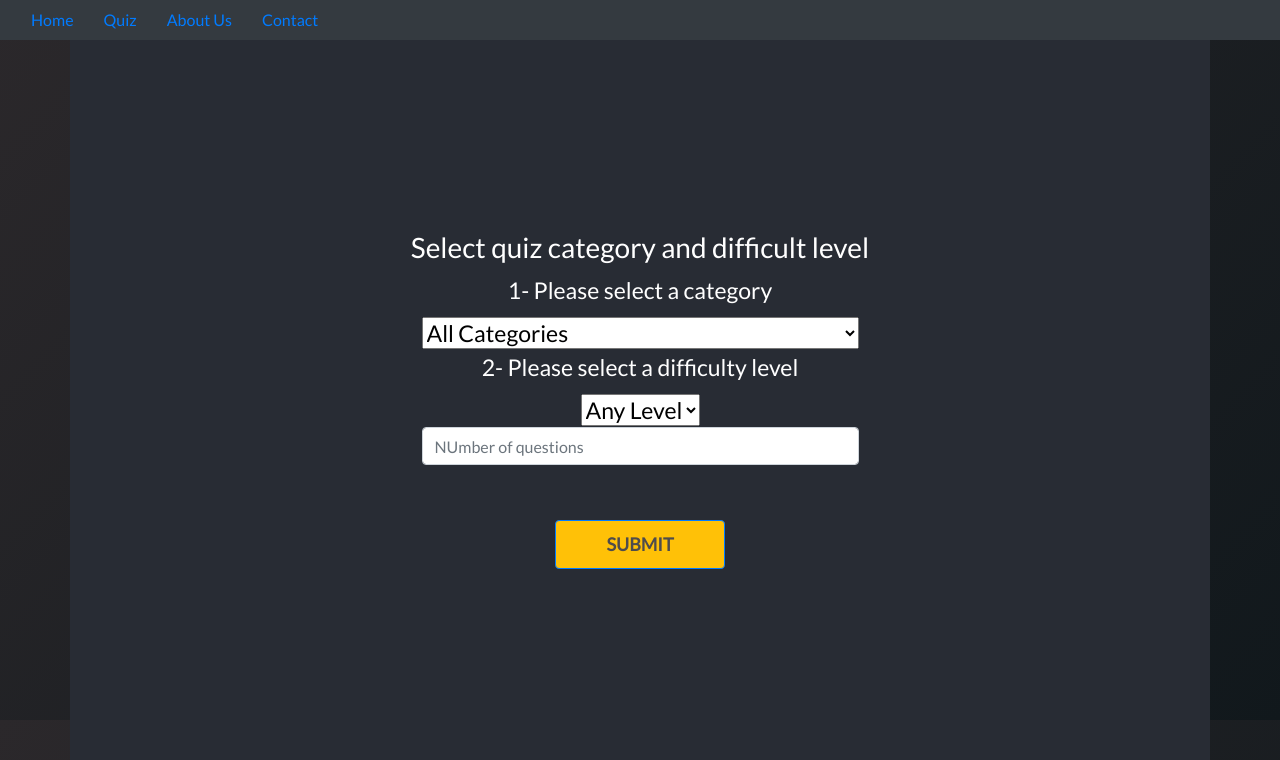
Repository: oba14/quiz-react
Page: /quizform
An editor plug-in stored every save of this project. The page is shown before and after the next save, followed by the edit.
The browser window is 1280 px wide. The pictures show the whole page.
The project was rebuilt for these pictures with package versions that can differ from the ones it lists, and the page was loaded fresh each time. Also part of the build but not shown: src/components/pages/forms.css, src/components/pages/LandingPage.js, src/components/pages/NotFound.js, src/components/pages/Contact.js, src/components/pages/AboutUs.js, src/components/layout/Progress.js, src/components/layout/Question.js, src/components/layout/Answer.js and 3 more.

Above is the page before, as saved 2020-01-31 22:35:59.

After the next save:
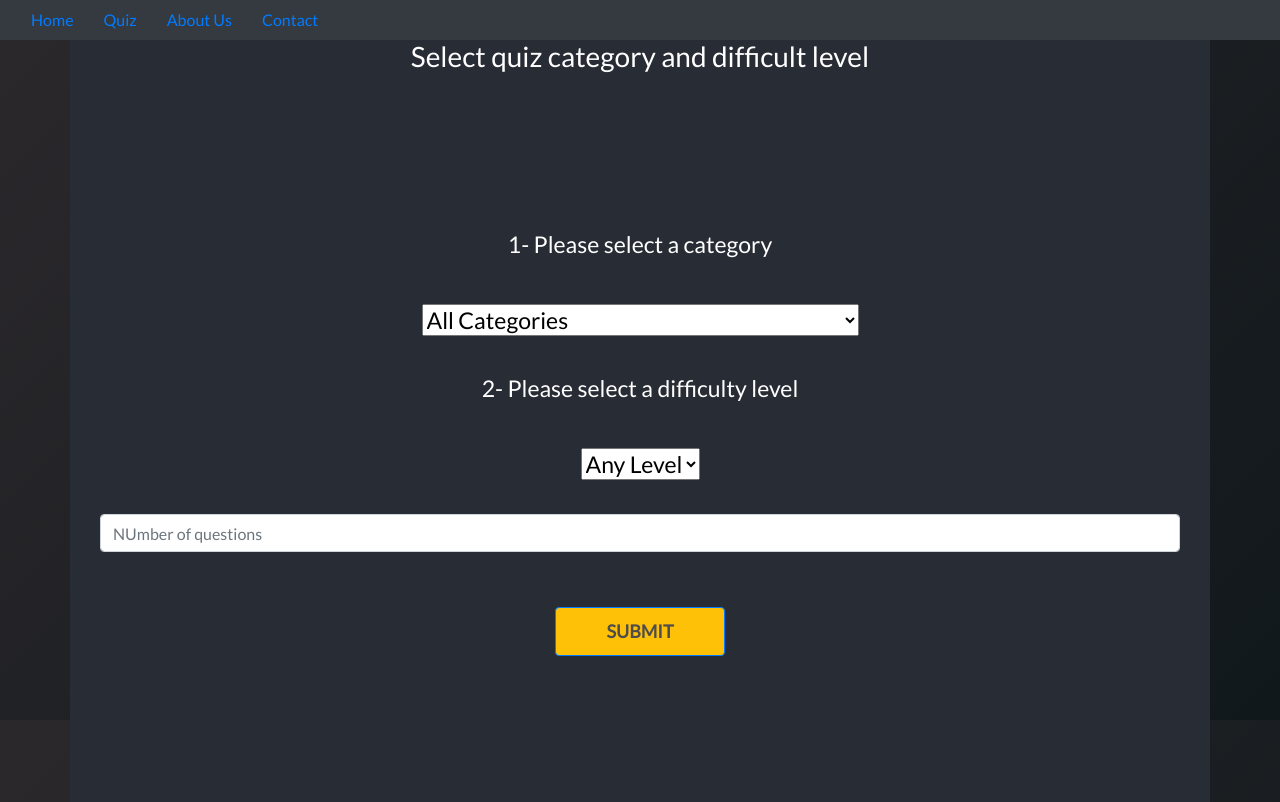
Saved 2 min 40 s later.
--- a/src/components/pages/QuizForm.js
+++ b/src/components/pages/QuizForm.js
@@ -52,7 +52,7 @@
         <div className= "container">
 
                 <h3>Select quiz category and difficult level</h3>
-                <form  onSubmit={handleSubmit(onSubmit)} id= {'myForm'} name= {'myForm'} encType='multipart/form-data'>
+                <form className= "container" onSubmit={handleSubmit(onSubmit)} id= {'myForm'} name= {'myForm'} encType='multipart/form-data'>
                     <label>1- Please select a category</label> <br></br>
                     <select id={'categories'} name="category" ref={register({ required: true })}>
                     </select> <br></br>

After the 2 saves that followed:
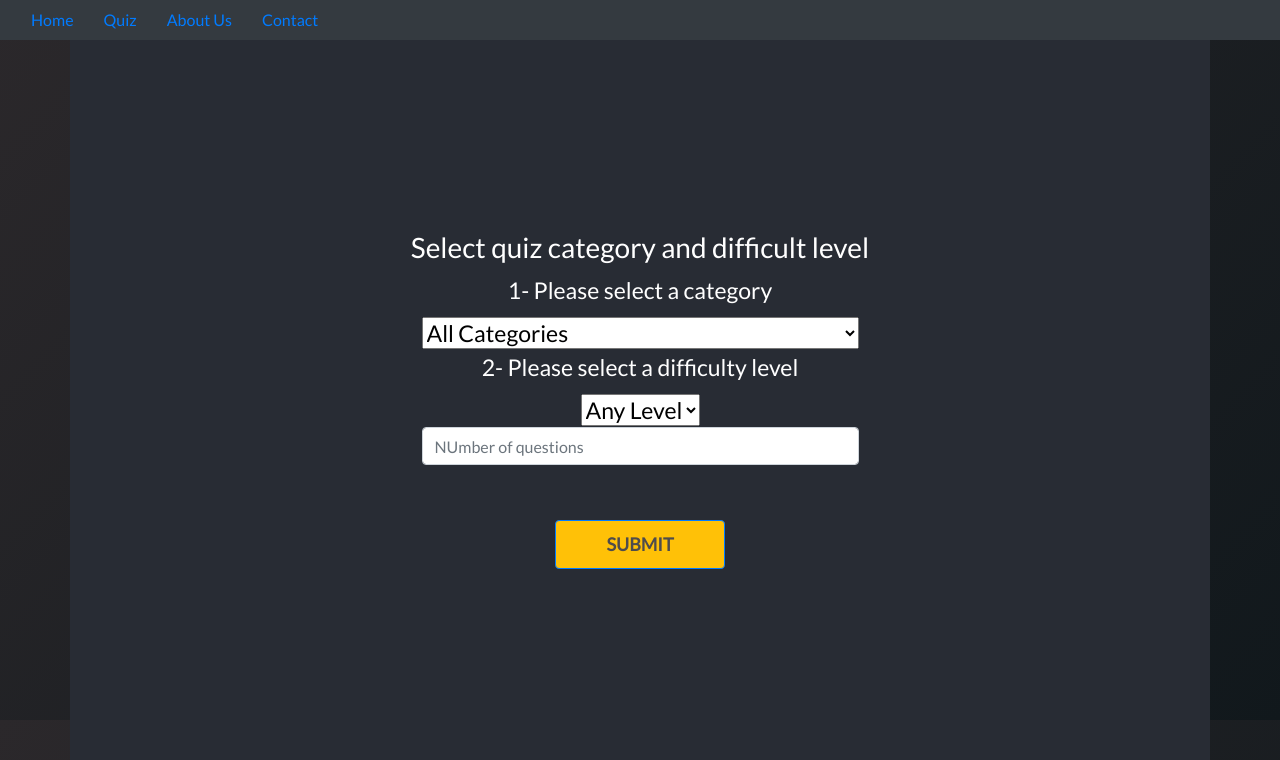
The 2 saves are shown as one change because 1 left the picture as it was.
The last was saved 2 min 41 s later.
--- a/src/components/pages/QuizForm.js
+++ b/src/components/pages/QuizForm.js
@@ -52,12 +52,12 @@
         <div className= "container">
 
                 <h3>Select quiz category and difficult level</h3>
-                <form className= "container" onSubmit={handleSubmit(onSubmit)} id= {'myForm'} name= {'myForm'} encType='multipart/form-data'>
+                <form  onSubmit={handleSubmit(onSubmit)} id= {'myForm'} name= {'myForm'} encType='multipart/form-data'>
                     <label>1- Please select a category</label> <br></br>
                     <select id={'categories'} name="category" ref={register({ required: true })}>
                     </select> <br></br>
                     <label>2- Please select a difficulty level</label> <br></br>
-                    <select id={'categories'} name="difficulty" ref={register({ required: true })}>
+                    <select name="difficulty" ref={register({ required: true })}>
                         <option value='any'>Any Level</option>
                         <option value='easy'>Easy</option>
                         <option value='medium'>Medium</option>
